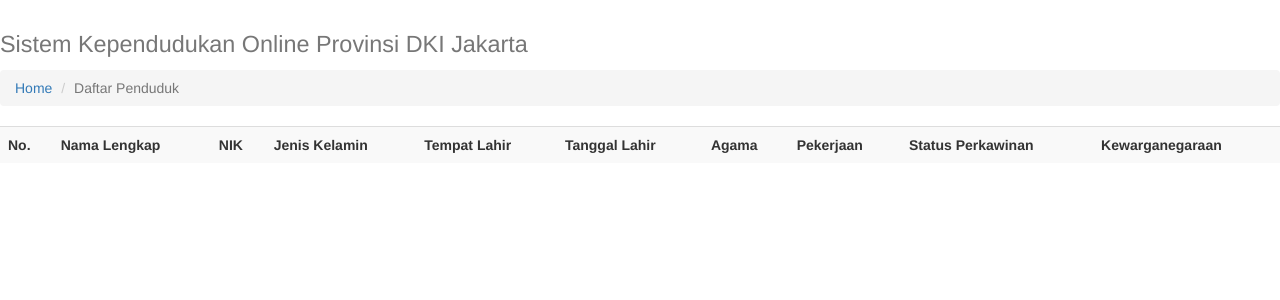
Repository: apap-2017/tugas1_1406544135
Page: http://localhost/list-penduduk
An editor plug-in stored every save of this project. The page is shown before and after the next save, followed by the edit.
The browser window is 1280 px wide. The pictures show the whole page.
The page is this project's Thymeleaf template; nobody is signed in. The template is opened directly, without the code that normally fills it, so the values that code supplies are empty.

Above is the page before, as saved 2017-10-20 05:02:53.

After the next save:
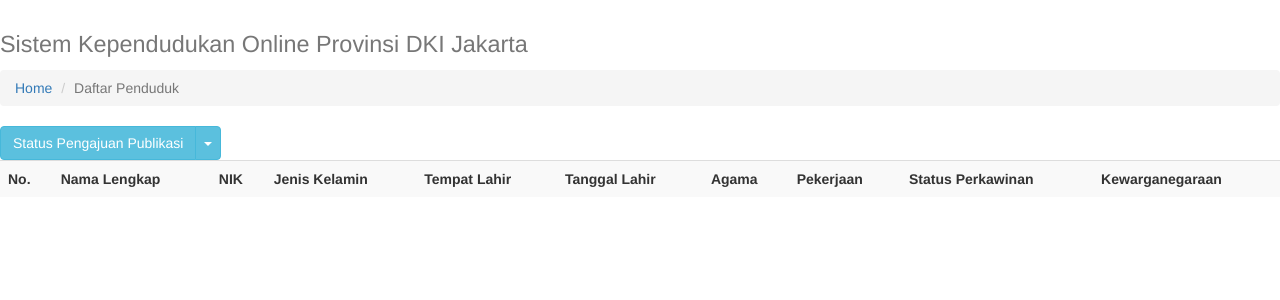
Saved 4 min 22 s later.
--- a/Tugas1_1406544135/src/main/resources/templates/list-penduduk.html
+++ b/Tugas1_1406544135/src/main/resources/templates/list-penduduk.html
@@ -15,6 +15,23 @@
 				<li class="active">Daftar Penduduk</li>
 			</ol>
 		</section>
+			<div class="box-body">
+				<div class="button btn-group">
+					<button type="button" class="btn btn-info btn-flat">Status Pengajuan Publikasi</button>
+					<button type="button" class="btn btn-info btn-flat dropdown-toggle"	data-toggle="dropdown">
+						<span class="caret"></span> <span class="sr-only">Toggle
+							Dropdown</span>
+					</button>
+					<ul class="dropdown-menu" role="menu">
+						<li><a th:href="@{/b8/publication/ver/allPublication/pending}">Baru</a></li>
+						<li><a th:href="@{/b8/publication/ver/allPublication/onProcess}">Diproses</a></li>
+						<li><a th:href="@{/b8/publication/ver/allPublication/approved}">Disetujui</a></li>
+						<li><a th:href="@{/b8/publication/ver/allPublication/rejected}">Ditolak</a></li>
+						<li><a th:href="@{/b8/publication/ver/allPublication}">Semua</a></li>
+					</ul>
+				</div>
+			</div>
+
 		<table class="table table-striped">
 				<tbody>
 						<tr>
